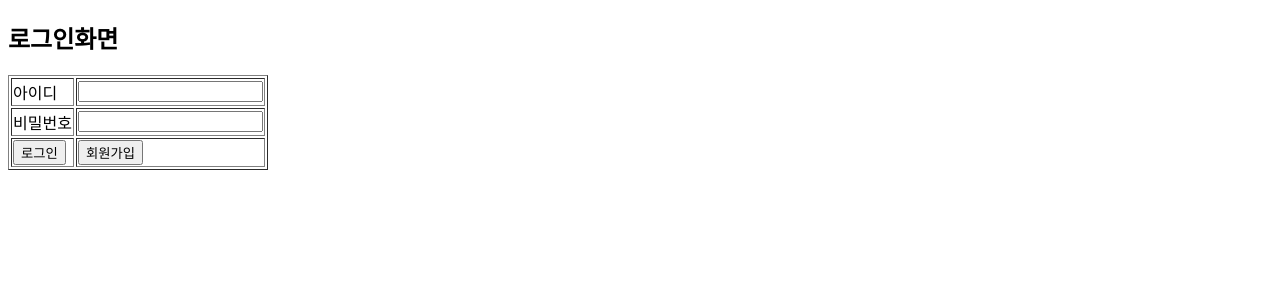
Repository: JungYOsup/Mini_project
Page: http://localhost/EsCape_Room/login_form.jsp
The author's editor kept a copy of each file at every save. The page is drawn from the files as they stood at one save, then again after the next save.
The browser window is 1280 px wide. The pictures show the whole page.
The page is served by Tomcat 9. Other server files are loaded and not shown.

Above is the page before, as saved 2018-01-16 07:18:12.

### EsCape_Room/WebContent/login_form.jsp
<!--- 페이지 디렉티브<%--  <%@page %> --%> : JSP페이지에 대한 설정 정보를 지정 -->
<!--인코딩은 UTF-8이고 , html이다.  -->
<!--이렇게 3가지를 구성해줘야지 한글이 안깨짐  -->
<%@ page language="java" contentType="text/html; charset=UTF-8" %>
<%request.setCharacterEncoding("utf-8"); %>
<%response.setContentType("text/html; charset=UTF-8"); %>

<!-- <!DOCTYPE html PUBLIC "-//W3C//DTD HTML 4.01 Transitional//EN" "http://www.w3.org/TR/html4/loose.dtd"> HTML4버전     -->
<!DOCTYPE html> <!--HTML5로 버전을 지정해줌 -->

<html>
<head>
<meta http-equiv="Content-Type" content="text/html; charset=UTF-8">
<title>Insert title here</title>
</head>
<body>
<h2>로그인화면</h2>
<form action="Controller.do" method="post">
<input type="hidden" name="command" value="login">




<table border="1">

	<tr>
		<td>아이디</td>
		<td><input type="text" name="id"></td>

	</tr>

	<tr>
		<td>비밀번호</td>
		<td><input type="password" name="pw"></td>
	</tr>

	<tr>
		<td><input type="submit" value="로그인"> </td>
		<td><input type="button" value="회원가입" onclick="location.href='sign_up_form.jsp'"> </td>

	</tr>
</table>
</form>

</body>
</html>

After the next save:
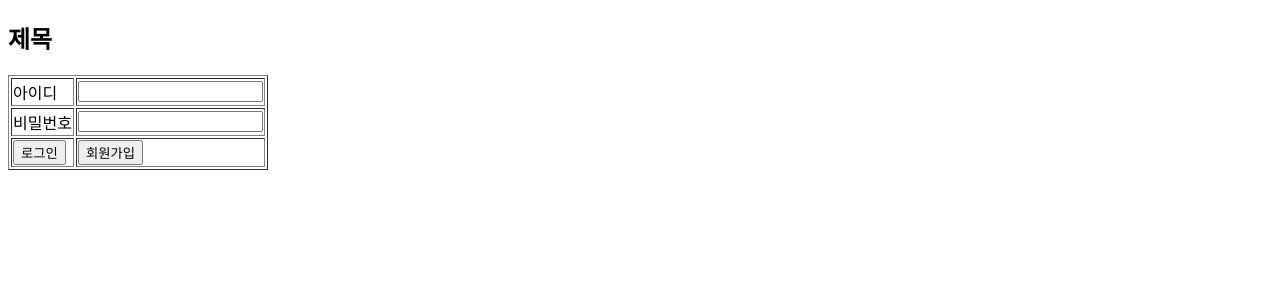
Saved 5 s later.
--- a/EsCape_Room/WebContent/login_form.jsp
+++ b/EsCape_Room/WebContent/login_form.jsp
@@ -14,7 +14,7 @@
 <title>Insert title here</title>
 </head>
 <body>
-<h2>로그인화면</h2>
+<h2>제목</h2>
 <form action="Controller.do" method="post">
 <input type="hidden" name="command" value="login">
 
